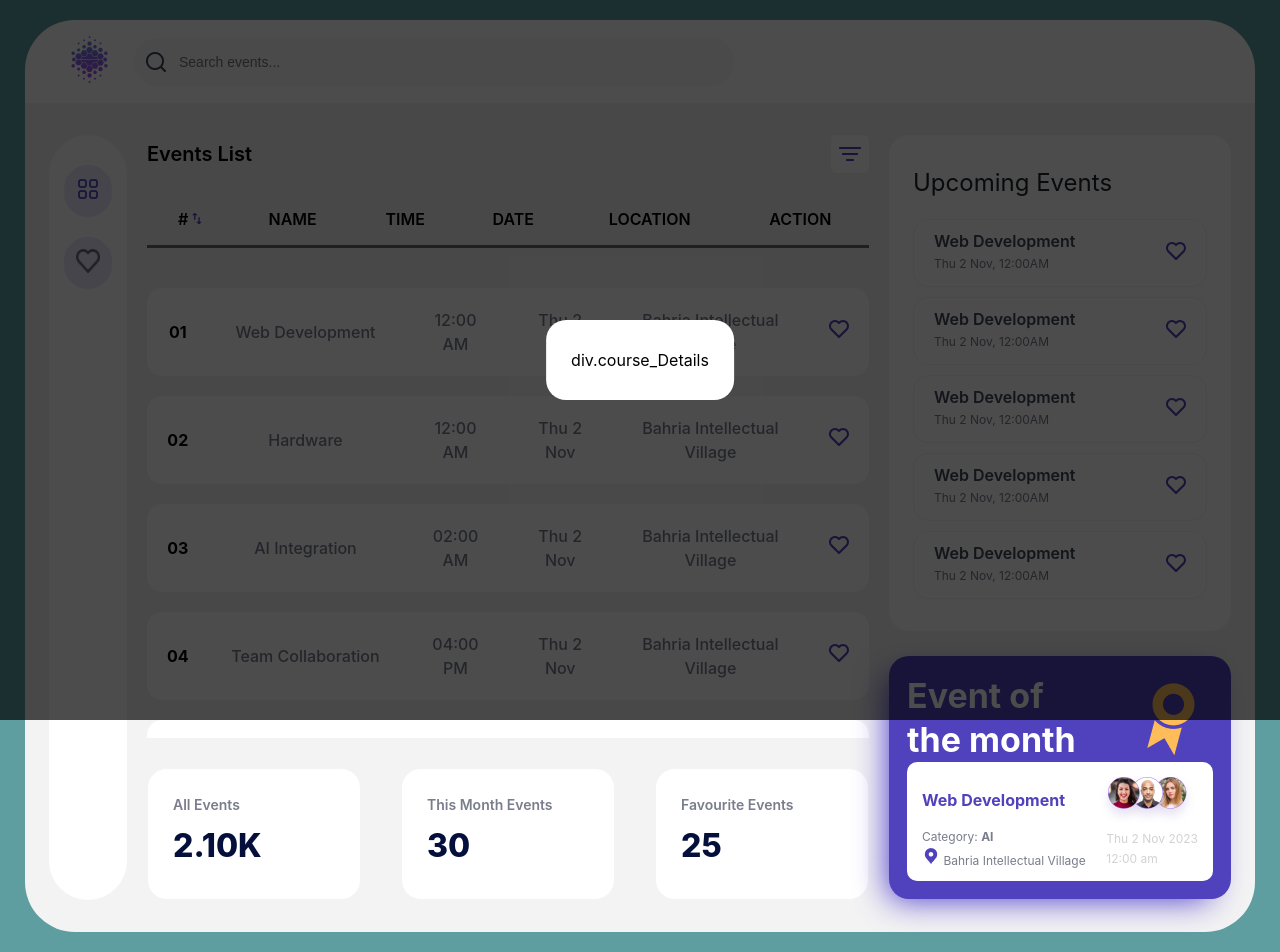
Repository: ahmadunitedsol710/react-dashboard
Page: /, after clicking the first element matching `tr.body_row`
These files come from the project's save history. The page is drawn as it stood at one moment and after the next save; the edit follows.
The browser window is 1280 px wide. The pictures show the whole page.
An inner scrolling area shows only its first screen. The project was rebuilt for these pictures with package versions that can differ from the ones it lists, and the page was loaded fresh each time.

Above is the page before, as saved 2024-08-02 09:56:48.

After the next save:
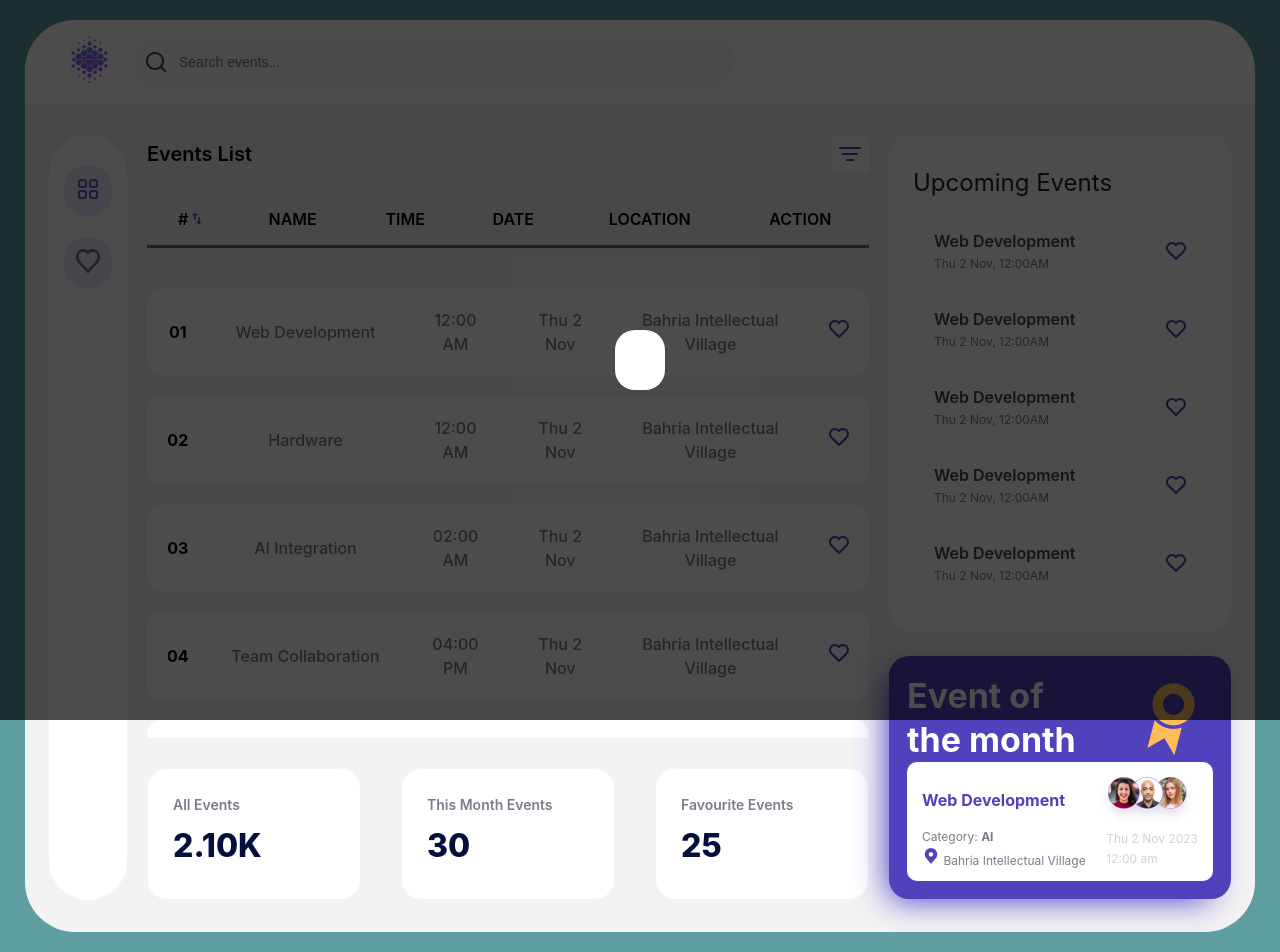
Saved 4 s later.
--- a/src/Components/Body/Detailpopup.js
+++ b/src/Components/Body/Detailpopup.js
@@ -6,7 +6,9 @@ const Detailpopup = ({closeModal}) => {
         <>
         <div className="overlay" onClick={closeModal}>
             <div className="detailpopup">
-                div.course_Details
+                <div className="course_Details">
+
+                </div>
             </div>
         </div>
         </>
